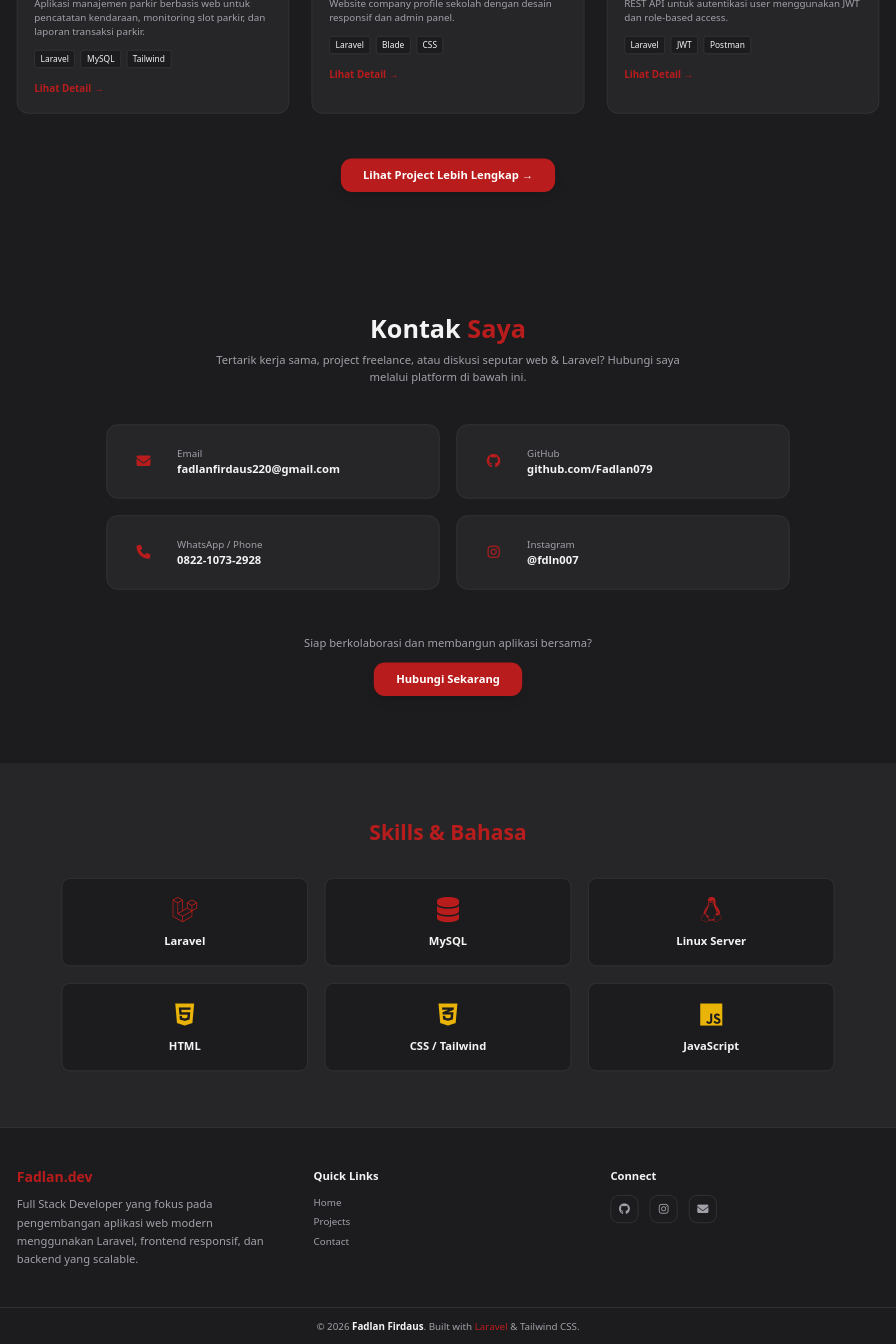
Repository: Fadlan079/Personal-Portfolio
Page: http://localhost/
An editor plug-in stored every save of this project. The page is shown before and after the next save, followed by the edit.
The browser window is 1280 px wide. The pictures show the part of the page from y = 2716 to 4636 px (the page is 4636 px tall before and 4276 px after), at 70% of full size.
Some web libraries are served in a nearby version. The page is served by the project's Laravel application, run on PHP 8.4 with Laravel 12. Other server files are loaded and not shown.

Above is the page before, as saved 2026-01-15 09:19:25.

### routes/web.php
<?php

use Illuminate\Support\Facades\Route;
use App\Http\Controllers\ProjectController;

// Route::get('/', function () {
//     return view('welcome');
// });

Route::get('/', function () {
    return view('portofolio');
});

// Route::get('/project', function () {
//     return view('project');
// });

Route::get('/project', [ProjectController::class, 'index']);

### resources/views/portofolio.blade.php
<!DOCTYPE html>
<html lang="id">
<head>
  <meta charset="UTF-8" />
  <meta name="viewport" content="width=device-width, initial-scale=1.0" />
  <title>Portfolio | Fadlan</title>
  <script src="https://cdn.tailwindcss.com"></script>
  <link rel="stylesheet" href="https://cdnjs.cloudflare.com/ajax/libs/font-awesome/6.5.1/css/all.min.css"/>
  <script>
    tailwind.config = {
      theme: {
        extend: {
          colors: {
            bg: 'var(--color-bg)',
            surface: 'var(--color-surface)',
            border: 'var(--color-border)',
            text: 'var(--color-text)',
            muted: 'var(--color-muted)',
            primary: 'var(--color-primary)',
            success: 'var(--color-success)',
            danger: 'var(--color-danger)',
            warning: 'var(--color-warning)',
          }
        }
      }
    }
  </script>
  <style>
    :root {
      --color-bg: #1c1c1e;
      --color-surface: #262629;
      --color-border: #3a3a3d;
      --color-text: #f4f4f5;
      --color-muted: #a1a1aa;
      --color-primary: #b91c1c;
      --color-success: #6fbf8f;
      --color-danger:  #ef4444;
      --color-warning: #eab308;
    }

    html {
      scroll-behavior: smooth;
    }

* {
  scrollbar-width: thin;
  scrollbar-color: #ef4444 transparent;
}

::-webkit-scrollbar {
  width: 10px;
}

::-webkit-scrollbar-track {
  background: transparent;
}

::-webkit-scrollbar-thumb {
  background: linear-gradient(
    180deg,
    #ef4444,
    #dc2626
  );
  border-radius: 999px;
  border: 2px solid transparent;
  background-clip: content-box;
}

::-webkit-scrollbar-thumb:hover {
  background: linear-gradient(
    180deg,
    #f87171,
    #ef4444
  );
}

  </style>
</head>

<body class="bg-bg text-text">
  <header> @include('components.header') </header>
  <main>
    <section id="home" class="relative min-h-screen flex items-center px-6 overflow-hidden">  @include('sections.hero')</section>
    <section id="about" class="py-20 bg-surface">@include('sections.about')</section>
    <section id="experience" class="py-20">@include('sections.experience')</section>
    <section id="education" class="py-24 bg-bg">@include('sections.education')</section>
    <section id="projects" class="py-20 bg-bg">@include('sections.project')</section>
    <section id="contact" class="py-24 bg-bg">@include('sections.contact')</section>
  </main>

<section id="skills" class="py-20 bg-surface">
  <div class="max-w-6xl mx-auto px-6">
    <h3 class="text-3xl font-bold mb-12 text-primary text-center">Skills & Bahasa</h3>

    <div class="grid md:grid-cols-3 gap-6 text-center">
      <div class="bg-bg border border-border rounded-xl p-6">
        <i class="fa-brands fa-laravel text-4xl text-primary mb-3"></i>
        <h4 class="font-semibold">Laravel</h4>
      </div>
      <div class="bg-bg border border-border rounded-xl p-6">
        <i class="fa-solid fa-database text-4xl text-primary mb-3"></i>
        <h4 class="font-semibold">MySQL</h4>
      </div>
      <div class="bg-bg border border-border rounded-xl p-6">
        <i class="fa-brands fa-linux text-4xl text-primary mb-3"></i>
        <h4 class="font-semibold">Linux Server</h4>
      </div>
      <div class="bg-bg border border-border rounded-xl p-6">
        <i class="fa-brands fa-html5 text-4xl text-warning mb-3"></i>
        <h4 class="font-semibold">HTML</h4>
      </div>
      <div class="bg-bg border border-border rounded-xl p-6">
        <i class="fa-brands fa-css3-alt text-4xl text-warning mb-3"></i>
        <h4 class="font-semibold">CSS / Tailwind</h4>
      </div>
      <div class="bg-bg border border-border rounded-xl p-6">
        <i class="fa-brands fa-js text-4xl text-warning mb-3"></i>
        <h4 class="font-semibold">JavaScript</h4>
      </div>
    </div>
  </div>
</section>

  <footer class="relative border-t border-border bg-bg">@include('components.footer')</footer>
</body>
</html>

### resources/views/components/header.blade.php
<nav class="fixed w-full bg-bg/80 backdrop-blur border-b border-border z-50">
  <div class="max-w-7xl mx-auto px-6 py-4 flex justify-between items-center">
    <h1 class="text-xl font-bold text-primary">Fadlan.dev</h1>
    <ul class="flex gap-6 text-sm">
      <li class="relative group">
        <a href="#home">Home</a>
        <span class="absolute left-0 -bottom-1 h-[2px] w-0 bg-primary transition-all group-hover:w-full"></span>
      </li>
      <li class="relative group">
        <a href="#about">About</a>
        <span class="absolute left-0 -bottom-1 h-[2px] w-0 bg-primary transition-all group-hover:w-full"></span>
      </li>
      <li class="relative group">
        <a href="#experience">Experience</a>
        <span class="absolute left-0 -bottom-1 h-[2px] w-0 bg-primary transition-all group-hover:w-full"></span>
      </li>
        <li class="relative group">
        <a href="#projects">Project</a>
        <span class="absolute left-0 -bottom-1 h-[2px] w-0 bg-primary transition-all group-hover:w-full"></span>
      </li>
      <li class="relative group">
        <a href="#skills">Skills</a>
        <span class="absolute left-0 -bottom-1 h-[2px] w-0 bg-primary transition-all group-hover:w-full"></span>
      </li>
      <li class="relative group">
        <a href="#contact">Contact</a>
        <span class="absolute left-0 -bottom-1 h-[2px] w-0 bg-primary transition-all group-hover:w-full"></span>
      </li>
    </ul>
  </div>
</nav>

### resources/views/sections/about.blade.php
<div class="max-w-6xl mx-auto px-6">
<h3 class="text-3xl font-bold mb-6 text-primary">Tentang Saya</h3>
<p class="text-muted leading-relaxed max-w-3xl">
    Saya pelajar SMK jurusan PPLG dengan minat besar di bidang
    <strong>Full Stack Development</strong>. Terbiasa membangun aplikasi
    Laravel, REST API, database MySQL, serta deployment ke server Linux.
</p>
</div>

### resources/views/sections/experience.blade.php
<div class="max-w-6xl mx-auto px-6">
<h3 class="text-3xl font-bold mb-12 text-primary text-center">Pengalaman</h3>
<div class="space-y-6">
    <div class="bg-surface border border-border rounded-xl p-6">
    <h4 class="font-semibold">Project Sistem Kasir</h4>
    <p class="text-muted text-sm">Laravel • MySQL • Tailwind</p>
    </div>
    <div class="bg-surface border border-border rounded-xl p-6">
    <h4 class="font-semibold">Website Sekolah</h4>
    <p class="text-muted text-sm">Company Profile • Responsive Design</p>
    </div>
    <div class="bg-surface border border-border rounded-xl p-6">
    <h4 class="font-semibold">REST API Auth</h4>
    <p class="text-muted text-sm">JWT • Role Management</p>
    </div>
</div>
</div>

### resources/views/sections/education.blade.php
<div class="max-w-6xl mx-auto px-6">
<div class="mb-16 text-center">
    <h3 class="text-4xl font-extrabold">
    Pendidikan
    <span class="text-primary">Saya</span>
    </h3>
    <p class="text-muted mt-3 max-w-2xl mx-auto">
    Latar belakang pendidikan yang membentuk skill teknis
    dan minat saya di dunia pengembangan web.
    </p>
</div>

<div class="relative pl-8 md:pl-12">

    <div class="absolute left-3 top-0 h-full w-[2px] bg-border"></div>

    <div class="relative mb-12">
    <div class="absolute -left-[2px] top-2">
        <span
        class="block w-4 h-4 rounded-full bg-primary
                shadow-lg shadow-primary/40">
        </span>
    </div>
    <div
        class="bg-surface border border-border rounded-2xl p-6
                hover:-translate-y-1 transition"
    >
        <div class="flex flex-wrap items-center gap-3 mb-2">
        <h4 class="text-xl font-semibold">
            SMK – PPLG (Pengembangan Perangkat Lunak & Gim)
        </h4>
        <span
            class="text-xs px-3 py-1 rounded-full
                    bg-success/20 text-success"
        >
            Aktif
        </span>
        </div>

        <p class="text-sm text-muted mb-3">
        2023 – Sekarang
        </p>

        <p class="text-muted leading-relaxed">
        Mendalami pengembangan web modern dengan
        <strong class="text-text">Laravel</strong>,
        REST API, database MySQL, Tailwind CSS,
        serta deployment ke Linux server.
        </p>
    </div>
    </div>

    <div class="relative mb-12">
    <div class="absolute -left-[2px] top-2">
        <span
        class="block w-4 h-4 rounded-full bg-primary/70
                shadow-lg shadow-primary/30">
        </span>
    </div>

    <div
        class="bg-surface border border-border rounded-2xl p-6
                hover:-translate-y-1 transition"
    >
        <h4 class="text-xl font-semibold mb-1">
        Sekolah Menengah Pertama (SMP)
        </h4>

        <p class="text-sm text-muted mb-3">
        2020 – 2023
        </p>

        <p class="text-muted leading-relaxed">
        Mulai tertarik dengan dunia IT, komputer,
        dan belajar logika pemrograman dasar secara mandiri.
        </p>
    </div>
    </div>

    <div class="relative">
    <div class="absolute -left-[2px] top-2">
        <span
        class="block w-4 h-4 rounded-full bg-primary/40
                shadow-lg shadow-primary/20">
        </span>
    </div>

    <div
        class="bg-surface border border-border rounded-2xl p-6
                hover:-translate-y-1 transition"
    >
        <h4 class="text-xl font-semibold mb-1">
        Sekolah Dasar (SD)
        </h4>

        <p class="text-sm text-muted mb-3">
        2014 – 2020
        </p>

        <p class="text-muted leading-relaxed">
        Pendidikan dasar dan awal mengenal komputer
        serta teknologi digital.
        </p>
    </div>
    </div>

</div>
</div>

### resources/views/sections/project.blade.php
<div class="max-w-7xl mx-auto px-6">
    <h3 class="text-3xl font-bold text-center mb-4 text-primary">Projects</h3>
    <p class="text-muted text-center mb-12">
    Beberapa project yang pernah saya kerjakan
    </p>

    <div class="grid md:grid-cols-3 gap-8">

    <div class="bg-surface border border-border rounded-2xl p-6 hover:-translate-y-2 transition">
    <div class="flex justify-between items-center mb-3">
        <h4 class="text-xl font-semibold">Sistem Manajemen Parkir</h4>
        <span class="text-xs px-2 py-1 rounded bg-success/20 text-success">
        Finished
        </span>
    </div>

    <p class="text-muted text-sm mb-4">
        Aplikasi manajemen parkir berbasis web untuk pencatatan kendaraan,
        monitoring slot parkir, dan laporan transaksi parkir.
    </p>

    <div class="flex flex-wrap gap-2 text-xs mb-4">
        <span class="px-2 py-1 bg-bg border border-border rounded">Laravel</span>
        <span class="px-2 py-1 bg-bg border border-border rounded">MySQL</span>
        <span class="px-2 py-1 bg-bg border border-border rounded">Tailwind</span>
    </div>

    <a href="https://github.com/Fadlan079/Sistem-Manajemen-Parkir.git" class="text-primary text-sm font-semibold hover:underline">
        Lihat Detail →
    </a>
    </div>

    <div class="bg-surface border border-border rounded-2xl p-6 hover:-translate-y-2 transition">
    <div class="flex justify-between items-center mb-3">
        <h4 class="text-xl font-semibold">Website Sekolah</h4>
        <span class="text-xs px-2 py-1 rounded bg-warning/20 text-warning">
        Ongoing
        </span>
    </div>

    <p class="text-muted text-sm mb-4">
        Website company profile sekolah dengan desain responsif
        dan admin panel.
    </p>

    <div class="flex flex-wrap gap-2 text-xs mb-4">
        <span class="px-2 py-1 bg-bg border border-border rounded">Laravel</span>
        <span class="px-2 py-1 bg-bg border border-border rounded">Blade</span>
        <span class="px-2 py-1 bg-bg border border-border rounded">CSS</span>
    </div>

    <a href="#" class="text-primary text-sm font-semibold hover:underline">
        Lihat Detail →
    </a>
    </div>

    <div class="bg-surface border border-border rounded-2xl p-6 hover:-translate-y-2 transition">
    <div class="flex justify-between items-center mb-3">
        <h4 class="text-xl font-semibold">REST API Auth</h4>
        <span class="text-xs px-2 py-1 rounded bg-danger/20 text-danger">
        Backend
        </span>
    </div>

    <p class="text-muted text-sm mb-4">
        REST API untuk autentikasi user menggunakan JWT
        dan role-based access.
    </p>

    <div class="flex flex-wrap gap-2 text-xs mb-4">
        <span class="px-2 py-1 bg-bg border border-border rounded">Laravel</span>
        <span class="px-2 py-1 bg-bg border border-border rounded">JWT</span>
        <span class="px-2 py-1 bg-bg border border-border rounded">Postman</span>
    </div>

    <a href="#" class="text-primary text-sm font-semibold hover:underline">
        Lihat Detail →
    </a>
    </div>

</div>
<div class="mt-16 flex justify-center">
<a
    href="project"
    class="px-8 py-3 rounded-2xl
        bg-primary text-white font-semibold
        hover:bg-primary/90 transition
        shadow-lg shadow-primary/20"
>
    Lihat Project Lebih Lengkap →
</a>
</div>
</div>

### resources/views/sections/contact.blade.php
<div class="max-w-5xl mx-auto px-6">

<div class="text-center mb-14">
    <h3 class="text-4xl font-extrabold mb-3">
    Kontak <span class="text-primary">Saya</span>
    </h3>
    <p class="text-muted max-w-2xl mx-auto">
    Tertarik kerja sama, project freelance, atau diskusi seputar web & Laravel?
    Hubungi saya melalui platform di bawah ini.
    </p>
</div>

<div class="grid sm:grid-cols-2 gap-6">
    <a href="mailto:fadlanfirdaus220@gmail.com"
        class="group bg-surface border border-border rounded-2xl p-6
            flex items-center gap-5
            hover:border-primary hover:-translate-y-1 transition">
    <div class="w-14 h-14 rounded-xl flex items-center justify-center
                bg-primary/20 text-primary text-xl">
        <i class="fa-solid fa-envelope"></i>
    </div>
    <div>
        <p class="text-sm text-muted">Email</p>
        <p class="font-semibold group-hover:text-primary transition">
        fadlanfirdaus220@gmail.com
        </p>
    </div>
    </a>

    <a href="https://github.com/Fadlan079" target="_blank"
        class="group bg-surface border border-border rounded-2xl p-6
            flex items-center gap-5
            hover:border-primary hover:-translate-y-1 transition">
    <div class="w-14 h-14 rounded-xl flex items-center justify-center
                bg-primary/20 text-primary text-xl">
        <i class="fa-brands fa-github"></i>
    </div>
    <div>
        <p class="text-sm text-muted">GitHub</p>
        <p class="font-semibold group-hover:text-primary transition">
        github.com/Fadlan079
        </p>
    </div>
    </a>

    <a href="tel:082210732928"
        class="group bg-surface border border-border rounded-2xl p-6
            flex items-center gap-5
            hover:border-primary hover:-translate-y-1 transition">
    <div class="w-14 h-14 rounded-xl flex items-center justify-center
                bg-primary/20 text-primary text-xl">
        <i class="fa-solid fa-phone"></i>
    </div>
    <div>
        <p class="text-sm text-muted">WhatsApp / Phone</p>
        <p class="font-semibold group-hover:text-primary transition">
        0822-1073-2928
        </p>
    </div>
    </a>

    <a href="https://instagram.com/fdln007" target="_blank"
        class="group bg-surface border border-border rounded-2xl p-6
            flex items-center gap-5
            hover:border-primary hover:-translate-y-1 transition">
    <div class="w-14 h-14 rounded-xl flex items-center justify-center
                bg-primary/20 text-primary text-xl">
        <i class="fa-brands fa-instagram"></i>
    </div>
    <div>
        <p class="text-sm text-muted">Instagram</p>
        <p class="font-semibold group-hover:text-primary transition">
        @fdln007
        </p>
    </div>
    </a>

</div>

<div class="text-center mt-16">
    <p class="text-muted mb-4">
    Siap berkolaborasi dan membangun aplikasi bersama?
    </p>
    <a href="mailto:fadlanfirdaus220@gmail.com"
        class="inline-block px-8 py-3 bg-primary text-white
            rounded-2xl font-semibold
            hover:opacity-90 transition shadow-lg shadow-primary/30">
    Hubungi Sekarang
    </a>
</div>

</div>

### resources/views/components/footer.blade.php
<div class="absolute inset-0 -z-10">
<div class="absolute bottom-0 left-1/2 -translate-x-1/2
            w-[400px] h-[400px]
            bg-primary/20 blur-[120px] rounded-full"></div>
</div>

<div class="max-w-7xl mx-auto px-6 py-14 grid gap-10 md:grid-cols-3">
<div>
    <h3 class="text-xl font-bold text-primary mb-3">Fadlan.dev</h3>
    <p class="text-muted leading-relaxed">
    Full Stack Developer yang fokus pada pengembangan
    aplikasi web modern menggunakan Laravel,
    frontend responsif, dan backend yang scalable.
    </p>
</div>

<div>
    <h4 class="font-semibold mb-4 text-text">Quick Links</h4>
    <ul class="space-y-2 text-muted text-sm">
    <li>
        <a href="#home" class="hover:text-primary transition">Home</a>
    </li>
    <li>
        <a href="#projects" class="hover:text-primary transition">Projects</a>
    </li>
    <li>
        <a href="#contact" class="hover:text-primary transition">Contact</a>
    </li>
    </ul>
</div>

<div>
    <h4 class="font-semibold mb-4 text-text">Connect</h4>
    <div class="flex gap-4">
    <a href="https://github.com/Fadlan079" target="_blank"
        class="w-10 h-10 rounded-xl border border-border
                flex items-center justify-center
                text-muted hover:text-primary hover:border-primary
                transition">
        <i class="fa-brands fa-github"></i>
    </a>
    <a href="https://instagram.com/fdln007" target="_blank"
        class="w-10 h-10 rounded-xl border border-border
                flex items-center justify-center
                text-muted hover:text-primary hover:border-primary
                transition">
        <i class="fa-brands fa-instagram"></i>
    </a>
    <a href="mailto:fadlanfirdaus220@gmail.com"
        class="w-10 h-10 rounded-xl border border-border
                flex items-center justify-center
                text-muted hover:text-primary hover:border-primary
                transition">
        <i class="fa-solid fa-envelope"></i>
    </a>
    </div>
</div>

</div>

<div class="border-t border-border text-center py-4 text-muted text-sm">
© 2026 <span class="text-text font-semibold">Fadlan Firdaus</span>.
Built with <span class="text-primary">Laravel</span> & Tailwind CSS.
</div>

Loaded but not shown: resources/views/sections/hero.blade.php (143 lines, source omitted)

After the next save:
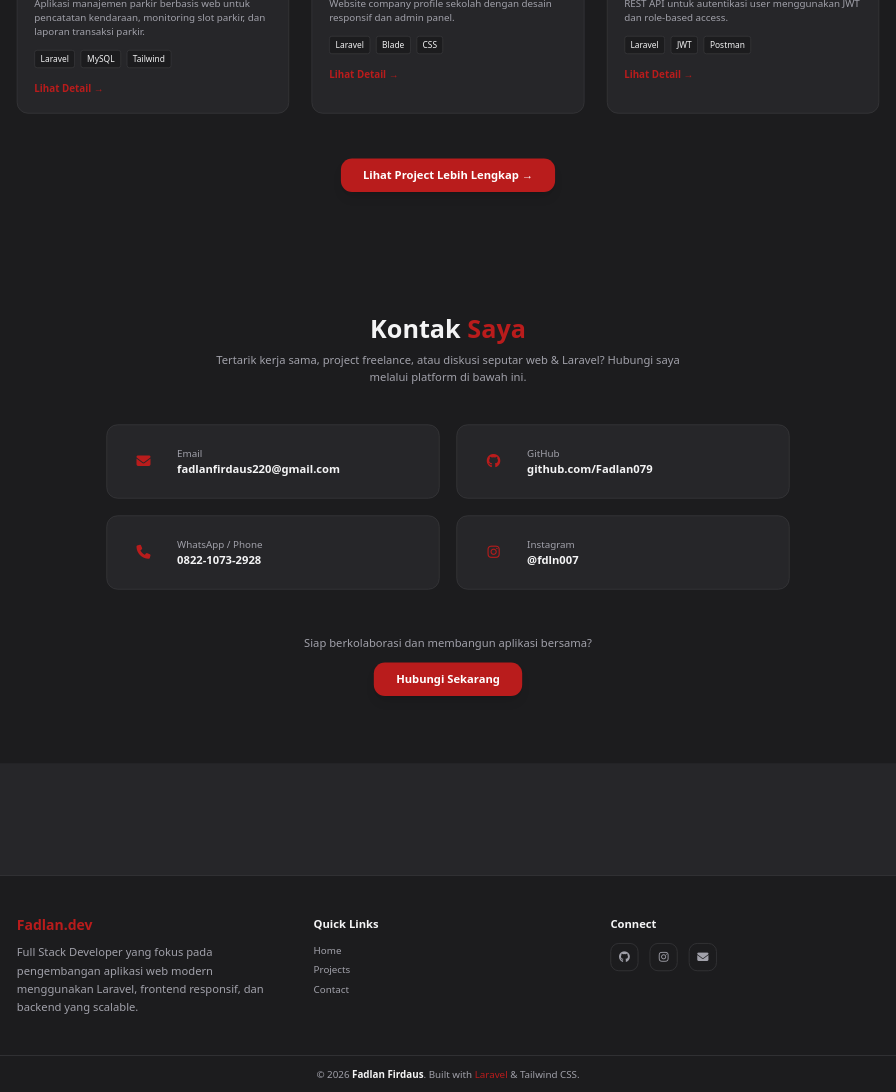
Saved 4 s later.
--- a/resources/views/portofolio.blade.php
+++ b/resources/views/portofolio.blade.php
@@ -89,36 +89,7 @@
   </main>
 
 <section id="skills" class="py-20 bg-surface">
-  <div class="max-w-6xl mx-auto px-6">
-    <h3 class="text-3xl font-bold mb-12 text-primary text-center">Skills & Bahasa</h3>
 
-    <div class="grid md:grid-cols-3 gap-6 text-center">
-      <div class="bg-bg border border-border rounded-xl p-6">
-        <i class="fa-brands fa-laravel text-4xl text-primary mb-3"></i>
-        <h4 class="font-semibold">Laravel</h4>
-      </div>
-      <div class="bg-bg border border-border rounded-xl p-6">
-        <i class="fa-solid fa-database text-4xl text-primary mb-3"></i>
-        <h4 class="font-semibold">MySQL</h4>
-      </div>
-      <div class="bg-bg border border-border rounded-xl p-6">
-        <i class="fa-brands fa-linux text-4xl text-primary mb-3"></i>
-        <h4 class="font-semibold">Linux Server</h4>
-      </div>
-      <div class="bg-bg border border-border rounded-xl p-6">
-        <i class="fa-brands fa-html5 text-4xl text-warning mb-3"></i>
-        <h4 class="font-semibold">HTML</h4>
-      </div>
-      <div class="bg-bg border border-border rounded-xl p-6">
-        <i class="fa-brands fa-css3-alt text-4xl text-warning mb-3"></i>
-        <h4 class="font-semibold">CSS / Tailwind</h4>
-      </div>
-      <div class="bg-bg border border-border rounded-xl p-6">
-        <i class="fa-brands fa-js text-4xl text-warning mb-3"></i>
-        <h4 class="font-semibold">JavaScript</h4>
-      </div>
-    </div>
-  </div>
 </section>
 
   <footer class="relative border-t border-border bg-bg">@include('components.footer')</footer>
